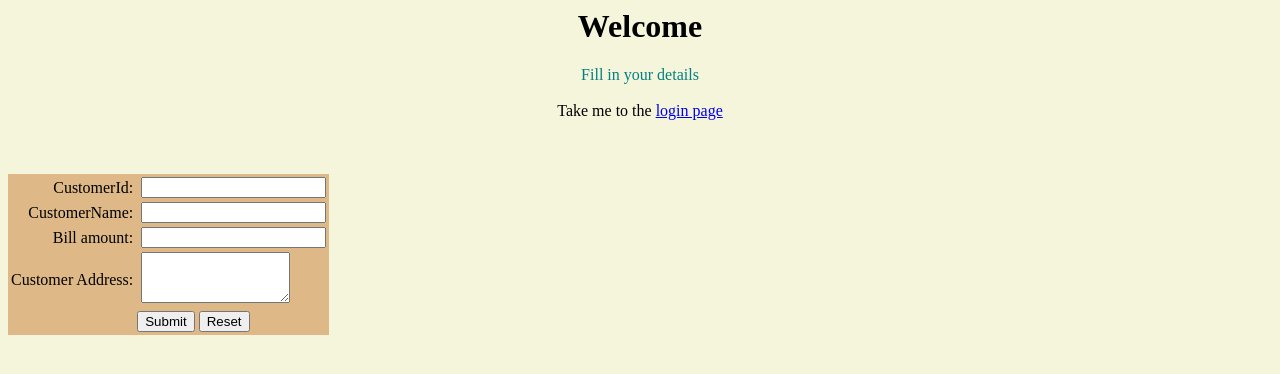
Repository: Rama-13/LaunchPadAllFiles
Page: java-workspace/SpringMVCDemo/WebContent/addcustomer.html
The author's editor kept a copy of each file at every save. The page is drawn from the files as they stood at one save, then again after the next save.
The browser window is 1280 px wide. The pictures show the whole page.

Above is the page before, as saved 2019-08-02 03:26:33.

After the next save:
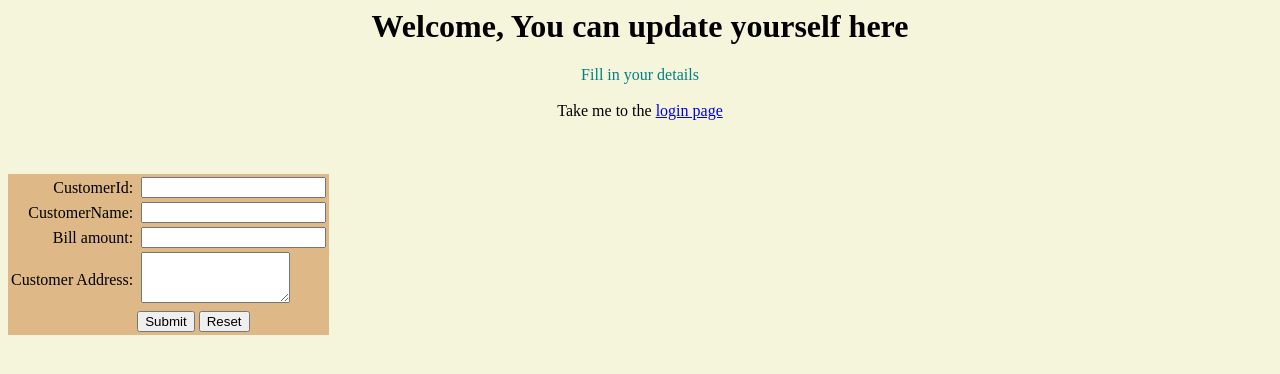
Saved 114 s later.
--- a/java-workspace/SpringMVCDemo/WebContent/addcustomer.html
+++ b/java-workspace/SpringMVCDemo/WebContent/addcustomer.html
@@ -2,7 +2,7 @@
 
 <head>
 
-<h1>Welcome</h1>
+<h1>Welcome, You can update yourself here</h1>
 
 </head>
 
